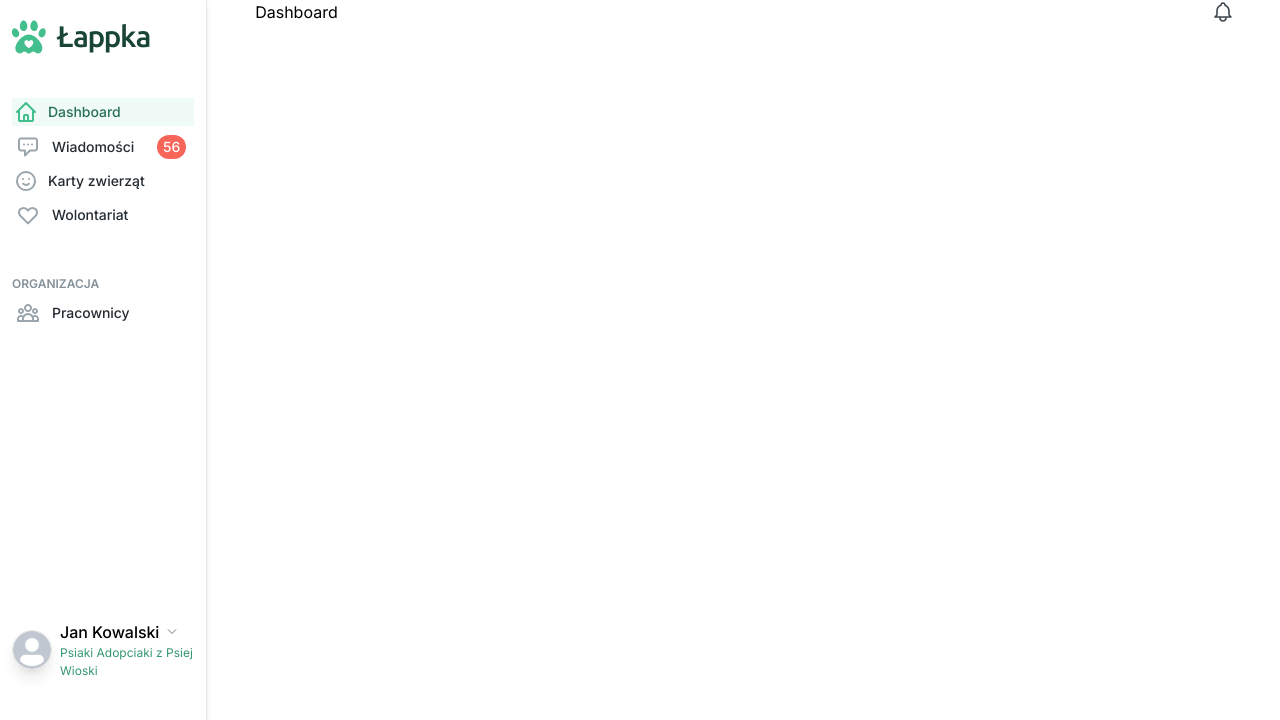
Repository: michalmilek/lappka
Page: /dashboard
These files come from the project's save history. The page is drawn as it stood at one moment and after a run of saves; the edit follows.
The browser window is 1280 px wide. The pictures show the whole page.
The project was rebuilt for these pictures with package versions that can differ from the ones it lists, and the page was loaded fresh each time. Also part of the build but not shown: src/components/customComponents/FormInput.tsx, src/components/customComponents/Button.tsx, src/components/LoginForm.tsx, src/components/Form/Form.tsx, src/pages/Login.tsx.

Above is the page before, as saved 2023-03-28 13:08:14.

After the next 2 saves:
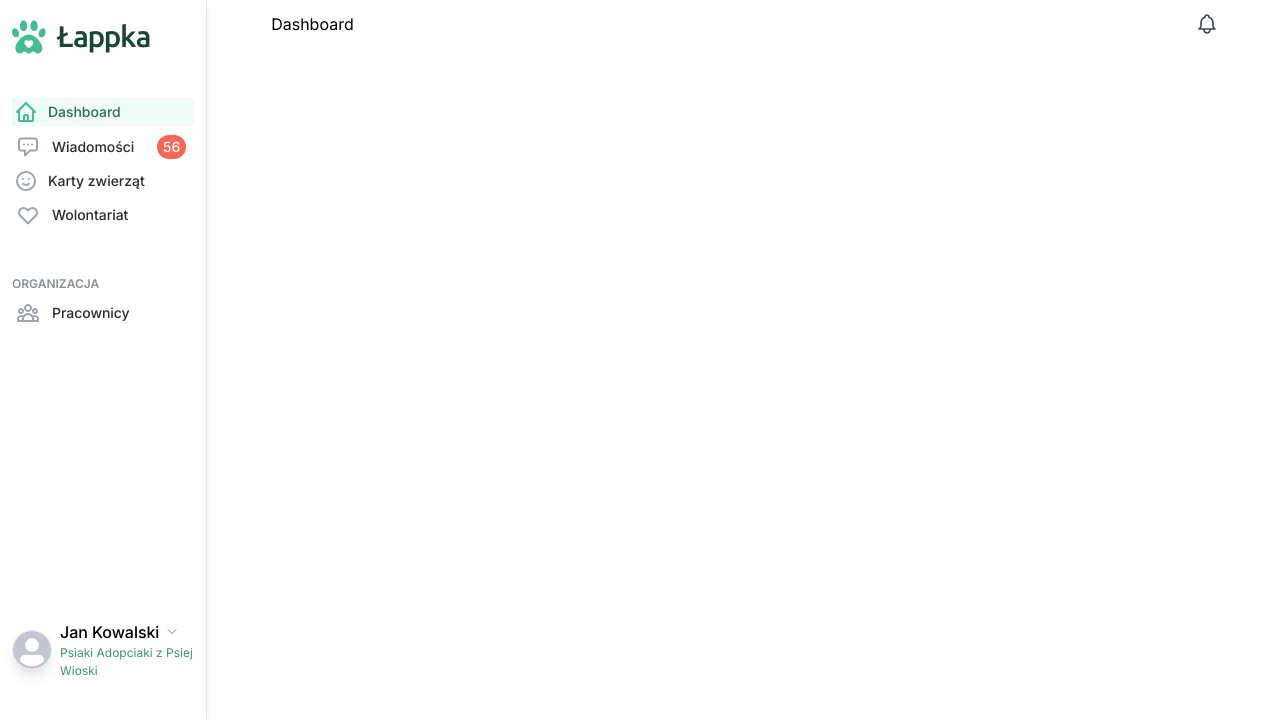
The 2 saves are shown as one change because they came seconds apart.
The last was saved 8 s later.
--- a/src/components/Header.tsx
+++ b/src/components/Header.tsx
@@ -3,7 +3,7 @@ import { ReactComponent as BellIcon } from "./icons/Bell.svg";
 
 const Header = () => {
   return (
-    <header className="w-full flex justify-between items-center px-12">
+    <header className="w-full flex justify-between items-center px-16 py-3">
       <h1>Dashboard</h1>
       <BellIcon />
     </header>
